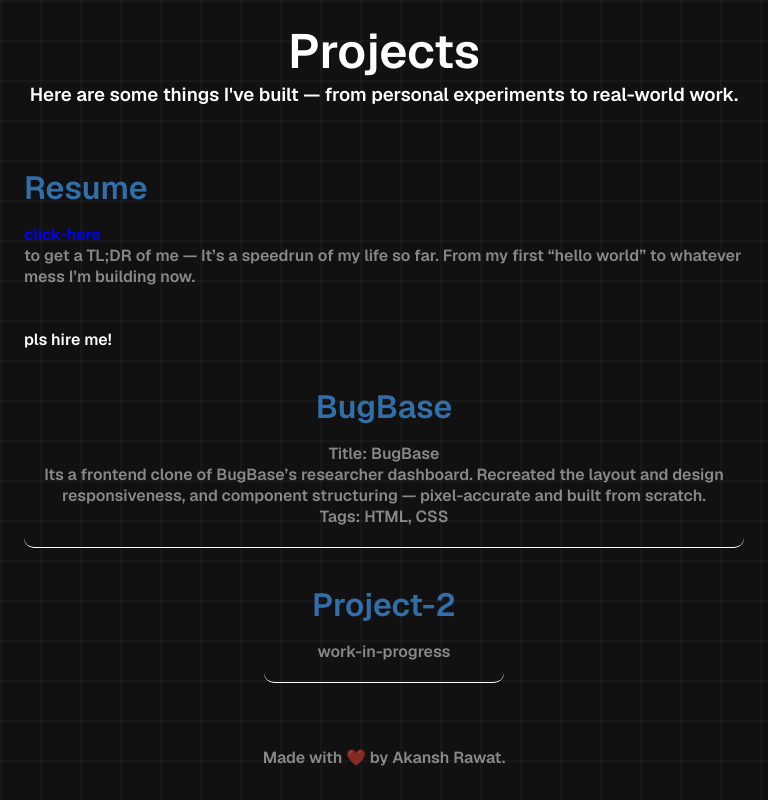
Repository: wakkawakka3/akansh-portfolio
Page: project.html
These files come from the project's save history. The page is drawn as it stood at one moment and after a run of saves; the edit follows.
The browser window is 768 px wide. The pictures show the whole page.

Above is the page before, as saved 2025-07-14 18:47:25.

### project.html
<!DOCTYPE html>
<html lang="en">
  <head>
    <meta charset="UTF-8" />
    <meta name="viewport" content="width=device-width, initial-scale=1.0" />
    <title>Project-Akansh</title>
    <link rel="stylesheet" href="style.css" />
  </head>
  <body>
    <header>
      <h1>Projects</h1>
      <h3>
        Here are some things I've built — from personal experiments to
        real-world work.
      </h3>
    </header>
    <div class="grid-container">
      <div class="resume">
        <h2>Resume</h2>
        <a
          href="https://docs.google.com/document/d/1LXMpsQHbVlNELlHlzmizmCAFg_KoqvC19dNGiKBRQNE/edit?usp=sharing"
          target="_blank"
          >click-here
        </a>
        <p>
          to get a TL;DR of me — It’s a speedrun of my life so far. From my
          first “hello world” to whatever mess I’m building now.
        </p>
        <br />
        <br />
        pls hire me!
      </div>

      <div class="project-1">
        <h2>BugBase</h2>
        <p>
          Title: BugBase<br />
          Its a frontend clone of BugBase’s researcher dashboard. Recreated the
          layout and design responsiveness, and component structuring —
          pixel-accurate and built from scratch.
          <br />
          Tags: HTML, CSS
        </p>
      </div>
      <div class="project-2">
        <h2>Project-2</h2>
        <p>work-in-progress </p>
      </div>
    </div>
    <footer>
      <div class="footer-content">
        <p>Made with ❤️ by Akansh Rawat.</p>
      </div>
    </footer>
  </body>
</html>

### style.css
@font-face {
  font-family: "Geist-SemiBold";
  src: url("attachments/geist-font-1.5.0/fonts/Geist/otf/Geist-SemiBold.otf");
  font-weight: normal;
  font-style: normal;
}

* {
  margin: 0;
  padding: 0;
  box-sizing: border-box;
}

html,
body {
  height: 100%;
  display: flex;
  flex-direction: column;
  font-size: 16px;
  font-family: "Geist-SemiBold", sans-serif;
  background-color: #111;
  background-image: linear-gradient(
      to right,
      rgba(255, 255, 255, 0.03) 1px,
      transparent 3px
    ),
    linear-gradient(to bottom, rgba(255, 255, 255, 0.03) 1px, transparent 3px);
  background-size: 2.5rem 2.5rem;
  color: white;
}

h1 {
  display: inline-block;
  margin: 0 auto;
  text-align: center;
  font-size: 3rem;
  size-adjust: normal;
}

h1:hover {
  color: yellow;
  transition: color 1s ease;
}

h2 {
  font-size: 2rem;
  margin-bottom: 1rem;
  color: rgb(49, 111, 170);
}

p,
ul {
  font-size: 1rem;
  color: rgba(255, 255, 255, 0.5);
}

header {
  text-align: center;
  padding: 1.25rem;
}

nav {
  size: 2rem;
  display: flex;
  justify-content: space-between;
  align-items: center;
  flex-wrap: wrap;
  padding: 1rem;
  font-size: 1.25rem;
}

a {
  size: 2rem;
  color: blue;
  text-decoration: none;
  background-color: transparent;
}

a:hover {
  color: red;
  transition: color 1s ease;
}

nav button {
  background-color: #111;
  margin: 0.25rem;
  padding: 1rem;
}

.navigation {
  display: flex;
  padding: 1rem;
  gap: 1.25rem;
}

.theme {
  display: flex;
  align-items: center;
  justify-content: center;
}

.theme :hover {
  color: red;
  transition: color 1s ease;
}

footer {
  font-size: 1rem;
  margin: 2rem;
  text-align: center;
}

.footer-content {
  color: #8b8b8b8b;
  display: flex;
  flex-direction: column;
  margin: 2rem 0px 0px 0px;
  align-items: center;
  justify-content: center;
}

button {
  background-color: transparent;
  color: blue;
  padding: 0.625rem 1.25rem;
  border-radius: 1.5625rem;
  border: none;
  cursor: pointer;
}

.links {
  margin-top: 2rem;
}

.grid-container {
  display: grid;
  grid-template-columns: repeat(auto-fit, minmax(15rem, 1fr));
  gap: 1.5rem;
  justify-content: center;
  height: 100%;
  margin: 2.5rem auto 0;
  width: 100%;
  max-width: 45rem;
}

.grid-container .image {
  display: flex;
  justify-content: center;
  align-items: center;
  min-width: 15rem;
  min-height: 20rem;
  max-width: 100%;
  max-height: 100%;
  border-radius: 1rem;
  overflow: hidden;
}

.introduction,
.skills,
.blog,
.message,
.socials,
.location,
.project-1,
.project-2 {
  background-color: #1a1a1a;
  padding: 1.25rem;
  border: 0.125rem solid white;
  border-radius: 0.625rem;
  min-height: 20rem;
  min-width: 15rem;
  overflow: auto;
}

.image img {
  width: 100%;
  height: auto;
  max-height: 200px;
  object-fit: contain;
  border-radius: 1rem;
  display: block;
  margin: 0 auto;
}

@media (max-width: 768px) {
  .grid-container {
    grid-template-columns: 1fr;
    place-items: center;
    gap: 16px;
  }

  .image,
  .introduction,
  .skills,
  .working,
  .testimonial,
  .blog,
  .message,
  .project-1,
  .project-2,
  .socails,
  .location {
    border: none;
    border-bottom: 1px solid #fff;
    max-width: 100%;
    min-height: auto;
    background-color: transparent;
    text-align: center;
  }

  nav {
    flex-direction: column;
    gap: 0.5rem;
    align-items: center;
  }

  .navigation {
    flex-direction: column;
    align-items: center;
  }

  .theme {
    margin-top: 0.5rem;
  }
}

After the next 2 saves:
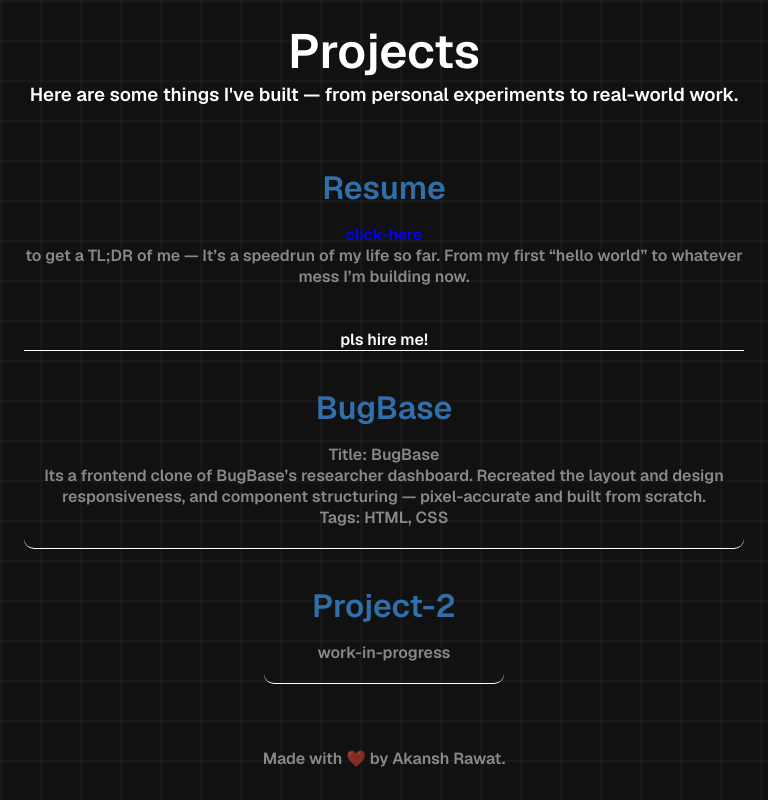
The 2 saves are shown as one change because they came seconds apart.
The last was saved 15 s later.
--- a/style.css
+++ b/style.css
@@ -196,6 +196,7 @@ button {
   .testimonial,
   .blog,
   .message,
+  .resume,
   .project-1,
   .project-2,
   .socails,
